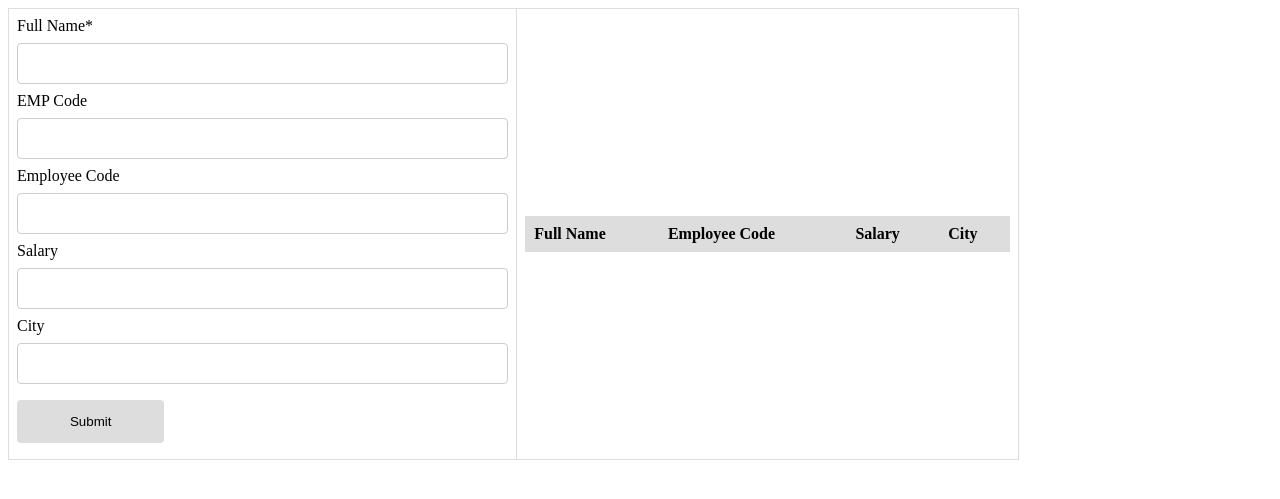
Repository: JohnRudolph1/CRUD-App
Page: index.html
These files come from the project's save history. The page is drawn as it stood at one moment and after a run of saves; the edit follows.
The browser window is 1280 px wide. The pictures show the whole page.

Above is the page before, as saved 2021-12-10 22:34:25.

After the next 2 saves:
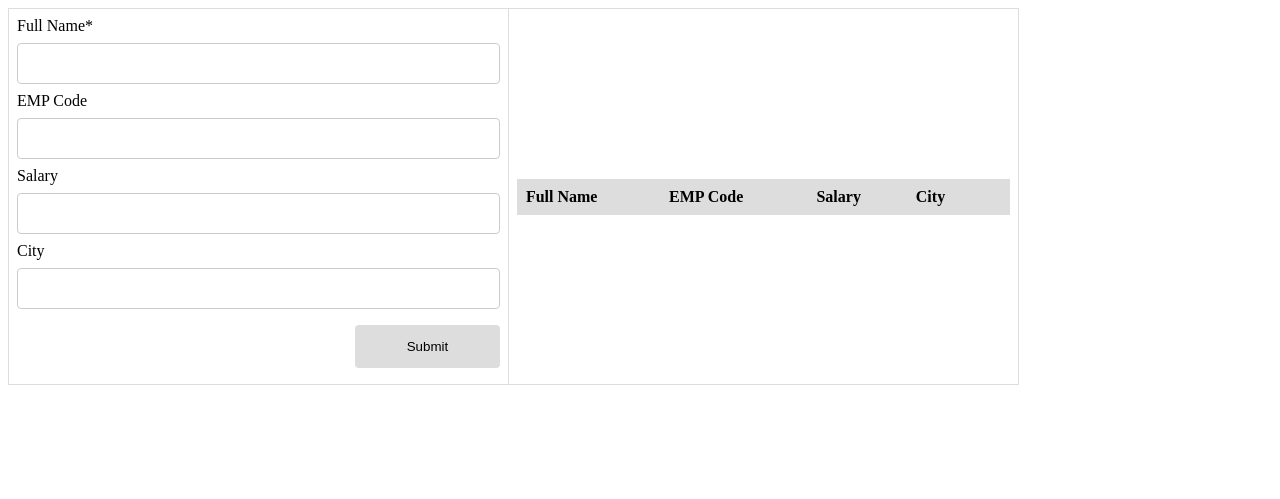
The 2 saves are shown as one change because they came seconds apart.
The last was saved 29 s later.
--- a/index.html
+++ b/index.html
@@ -1,19 +1,14 @@
 <!DOCTYPE html>
-<html lang="en">
+<html>
 
 <head>
-    <meta charset="UTF-8">
-    <meta http-equiv="X-UA-Compatible" content="IE=edge">
-    <meta name="viewport" content="width=device-width, initial-scale=1.0">
+    <title>
+        Html CRUD with Pure JavaScript
+    </title>
     <link rel="stylesheet" href="stylles.css">
-
-    <title>Document</title>
 </head>
 
 <body>
-
-
-
     <table>
         <tr>
             <td>
@@ -27,10 +22,6 @@
                         <input type="text" name="empCode" id="empCode">
                     </div>
                     <div>
-                        <label>Employee Code</label>
-                        <input type="text" name="empCode" id="empCode">
-                    </div>
-                    <div>
                         <label>Salary</label>
                         <input type="text" name="salary" id="salary">
                     </div>
@@ -38,10 +29,9 @@
                         <label>City</label>
                         <input type="text" name="city" id="city">
                     </div>
-                    <div class="form action buttons">
+                    <div  class="form-action-buttons">
                         <input type="submit" value="Submit">
                     </div>
-
                 </form>
             </td>
             <td>
@@ -49,9 +39,10 @@
                     <thead>
                         <tr>
                             <th>Full Name</th>
-                            <th>Employee Code</th>
+                            <th>EMP Code</th>
                             <th>Salary</th>
                             <th>City</th>
+                            <th></th>
                         </tr>
                     </thead>
                     <tbody>
@@ -61,10 +52,7 @@
             </td>
         </tr>
     </table>
-
-
     <script src="script.js"></script>
-
 </body>
 
 </html>
